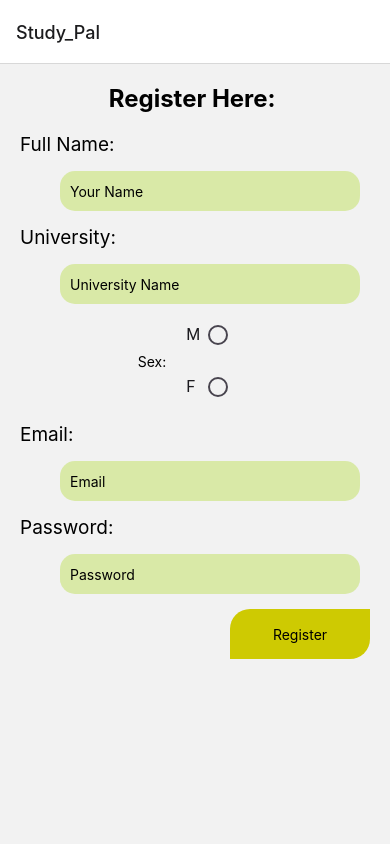
Repository: abdurehmanali611/Study-Pal
Screen: /
These files come from the project's save history. The screen is drawn as it stood at one moment and after the next save; the edit follows.
The app was drawn by React Native's web renderer in a window 390 px wide. The project was rebuilt for these pictures with package versions that can differ from the ones it lists, and the page was loaded fresh each time. Also part of the build but not shown: Front_Pages/Home.js, Screens/Softwareeng.js, Screens/Computersci.js, Screens/Informationsci.js, Screens/Informationtech.js, Screens/Softwarecards.js, Screens/Computercards.js, Screens/Sciencecards.js and 4 more.

Above is the screen before, as saved 2024-01-23 22:29:06.

After the next save:
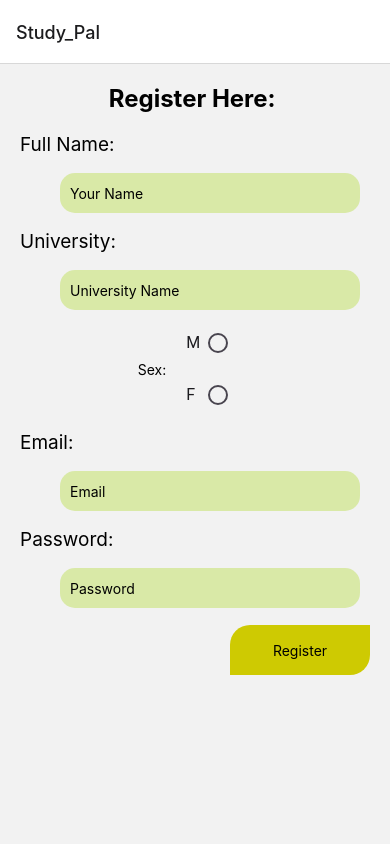
Saved 4 s later.
--- a/Front_Pages/Sign_Up.js
+++ b/Front_Pages/Sign_Up.js
@@ -144,7 +144,7 @@ const styles = StyleSheet.create ({
         width: 300,
         height: 40,
         paddingLeft: 10,
-        marginVertical: 5
+        marginVertical: 7
     },
     press : {
       backgroundColor: randomRGB(),
